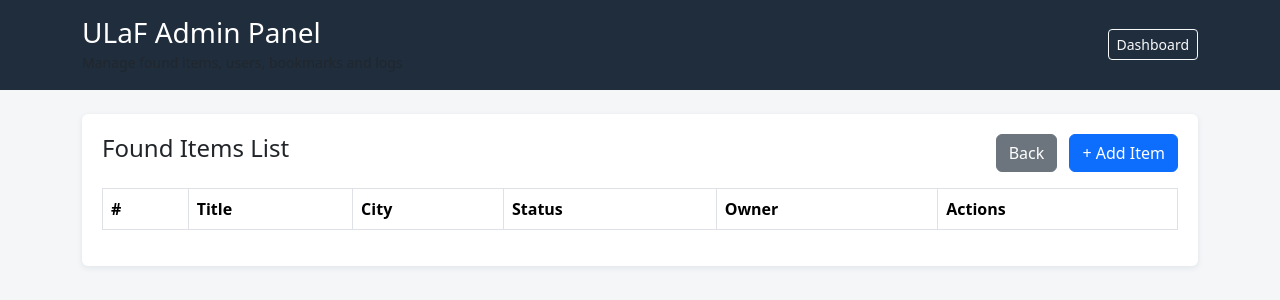
Repository: Senicccc/Universal-Lost-and-Found-Item-Admin-Web
Page: http://localhost/items
An editor plug-in stored every save of this project. The page is shown before and after a run of saves, followed by the edit.
The browser window is 1280 px wide. The pictures show the whole page.
The page is served by the project's Laravel application, run on PHP 8.4 with Laravel 12. Other server files are loaded and not shown. Queries for data that is not in the repository find no rows.

Above is the page before, as saved 2025-11-30 08:41:34.

### routes/web.php
<?php

use Illuminate\Support\Facades\Route;
use App\Http\Controllers\HomeController;
use App\Http\Controllers\ItemController;
use App\Http\Controllers\UserController;
use App\Http\Controllers\BookmarkController;
use App\Http\Controllers\LogController;

// Dashboard (halaman utama)
Route::get('/', [HomeController::class, 'index'])->name('dashboard');

// Items CRUD
Route::resource('items', ItemController::class);
Route::put('/items/{id}/claim', [ItemController::class, 'claim'])->name('items.claim');

// Users CRUD
Route::resource('users', UserController::class);

// Bookmarks list
Route::get('/bookmarks', [BookmarkController::class, 'index'])->name('bookmarks.index');

// Logs list
Route::get('/logs', [LogController::class, 'index'])->name('logs.index');

### app/Http/Controllers/ItemController.php
<?php

namespace App\Http\Controllers;

use App\Models\Item;
use App\Models\Log;
use Illuminate\Http\Request;

class ItemController extends Controller
{
    // ==============================
    // LIST ITEMS
    // ==============================
    public function index()
    {
        $items = Item::orderBy('created_at', 'desc')->get();
        return view('items.index', compact('items'));
    }

    // ==============================
    // SHOW ITEM
    // ==============================
    public function show($id)
    {
        $item = Item::findOrFail($id);
        return view('items.show', compact('item'));
    }

    // ==============================
    // CREATE FORM
    // ==============================
    public function create()
    {
        return view('items.create');
    }

    // ==============================
    // STORE ITEM
    // ==============================
    public function store(Request $request)
    {
        $request->validate([
            'user_id'     => 'required',
            'title'       => 'required',
            'description' => 'required',
            'city'        => 'required',
            'province'    => 'required',
            'address'     => 'nullable',
            'image_url'   => 'nullable',
        ]);

        $item = Item::create($request->all());

        // Log activity
        Log::create([
            'user_id' => $request->user_id,
            'action'  => 'User added item "' . $request->title . '"',
        ]);

        return redirect()->route('items.index')->with('success', 'Item added successfully.');
    }

    // ==============================
    // EDIT ITEM
    // ==============================
    public function edit($id)
    {
        $item = Item::findOrFail($id);
        return view('items.edit', compact('item'));
    }

    // ==============================
    // UPDATE ITEM
    // ==============================
    public function update(Request $request, $id)
    {
        $request->validate([
            'title'       => 'required',
            'description' => 'required',
            'city'        => 'required',
            'province'    => 'required',
            'address'     => 'nullable',
            'image_url'   => 'nullable',
        ]);

        $item = Item::findOrFail($id);
        $item->update($request->all());

        Log::create([
            'user_id' => $item->user_id,
            'action'  => 'User updated item "' . $item->title . '"',
        ]);

        return redirect()->route('items.index')->with('success', 'Item updated successfully.');
    }

    // ==============================
    // DELETE ITEM
    // ==============================
    public function destroy($id)
    {
        $item = Item::findOrFail($id);

        Log::create([
            'user_id' => $item->user_id,
            'action'  => 'Item "' . $item->title . '" was deleted',
        ]);

        $item->delete();

        return redirect()->route('items.index')->with('success', 'Item deleted successfully.');
    }

    // ==============================
    // MARK AS CLAIMED
    // ==============================
    public function claim($id)
    {
        $item = Item::findOrFail($id);
        $item->status = 'claimed';
        $item->save();

        Log::create([
            'user_id' => $item->user_id,
            'action'  => 'Item "' . $item->title . '" marked as claimed',
        ]);

        return redirect()->route('items.index')->with('success', 'Item marked as claimed.');
    }
}

### app/Models/Item.php
<?php

namespace App\Models;

use Illuminate\Database\Eloquent\Model;

class Item extends Model
{
    protected $fillable = [
        'user_id',
        'title',
        'description',
        'city',
        'province',
        'address',
        'image_url',
        'status',
    ];

    // Each item belongs to a user
    public function user()
    {
        return $this->belongsTo(User::class);
    }

    // An item can be bookmarked by many users
    public function bookmarks()
    {
        return $this->hasMany(Bookmark::class);
    }

    // Logs related to the item
    public function logs()
    {
        return $this->hasMany(Log::class);
    }
}

### resources/views/items/index.blade.php
@extends('layouts.app')

@section('content')
<div class="d-flex justify-content-between mb-3">
    <h4>Found Items List</h4>
    <div>
        <a href="{{ route('dashboard') }}" class="btn btn-secondary me-2">Back</a>
        <a href="{{ route('items.create') }}" class="btn btn-primary">+ Add Item</a>
    </div>
</div>

@if(session('success'))
    <div class="alert alert-success">{{ session('success') }}</div>
@endif

<table class="table table-bordered table-striped">
    <thead>
        <tr>
            <th>#</th>
            <th>Title</th>
            <th>City</th>
            <th>Status</th>
            <th>Owner</th>
            <th>Actions</th>
        </tr>
    </thead>

    <tbody>
        @foreach($items as $item)
            <tr>
                <td>{{ $item->id }}</td>
                <td>
                    @if($item->image_url)
                        <img src="{{ $item->image_url }}" alt="" class="img-thumbnail" style="width:80px; height:auto">
                    @endif
                </td>
                <td>{{ $item->title }}</td>
                <td>{{ $item->city }}</td>
                <td>
                    <span class="badge bg-{{ $item->status == 'unclaimed' ? 'warning' : 'success' }}">
                        {{ ucfirst($item->status) }}
                    </span>
                </td>
                <td>{{ $item->user->name }}</td>

                <td>
                    <a href="{{ route('items.show', $item->id) }}" class="btn btn-sm btn-outline-primary">View</a>
                    <a href="{{ route('items.edit', $item->id) }}" class="btn btn-sm btn-secondary">Edit</a>

                    @if($item->status == 'unclaimed')
                    <form action="{{ route('items.claim', $item->id) }}" method="POST" class="d-inline">
                        @csrf
                        @method('PUT')
                        <button class="btn btn-sm btn-success">Mark Claimed</button>
                    </form>
                    @endif

                    <form action="{{ route('items.destroy', $item->id) }}" method="POST" class="d-inline">
                        @csrf
                        @method('DELETE')
                        <button class="btn btn-sm btn-danger">Delete</button>
                    </form>

                </td>
            </tr>
        @endforeach
    </tbody>
</table>
@endsection

### resources/views/layouts/app.blade.php
<!DOCTYPE html>
<html>
<head>
    <meta charset="utf-8">
    <meta name="viewport" content="width=device-width, initial-scale=1">
    <title>ULaF Admin</title>
    <link href="https://cdn.jsdelivr.net/npm/bootstrap@5.3.2/dist/css/bootstrap.min.css" rel="stylesheet">
    <style>
        body { background:#f4f6f8; }
        .app-header { background:#1f2d3d; color:#fff }
        .app-card { background:#ffffff; border-radius:6px; box-shadow:0 2px 6px rgba(31,45,61,0.08); padding:20px }
    </style>
</head>
<body>

<header class="app-header py-3">
    <div class="container d-flex justify-content-between align-items-center">
        <div>
            <h3 class="mb-0">ULaF Admin Panel</h3>
            <small class="text-muted">Manage found items, users, bookmarks and logs</small>
        </div>
        <div>
            <a href="{{ route('dashboard') }}" class="btn btn-outline-light btn-sm">Dashboard</a>
        </div>
    </div>
</header>

<main class="py-4">
    <div class="container">
        <div class="app-card">
            @yield('content')
        </div>
    </div>

</main>

</body>
</html>

Loaded but not shown: app/Http/Controllers/Controller.php (common file)

After the next 2 saves:
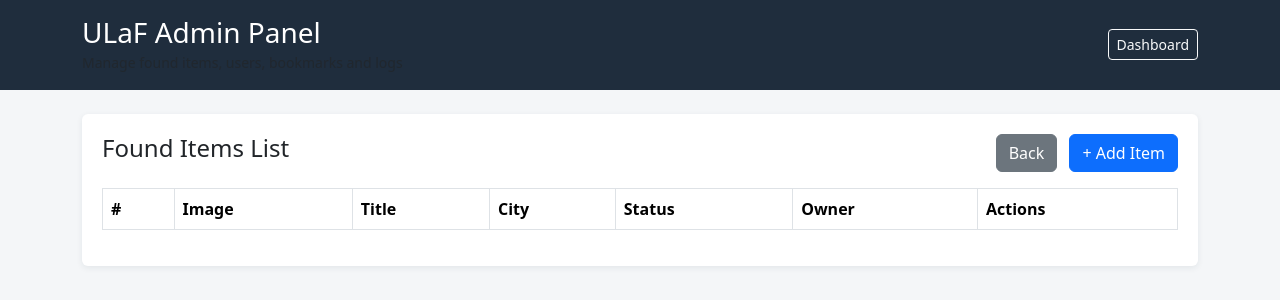
The 2 saves are shown as one change because they came seconds apart.
The last was saved 3 min 15 s later.
--- a/resources/views/items/index.blade.php
+++ b/resources/views/items/index.blade.php
@@ -17,6 +17,7 @@
     <thead>
         <tr>
             <th>#</th>
+            <th>Image</th>
             <th>Title</th>
             <th>City</th>
             <th>Status</th>
